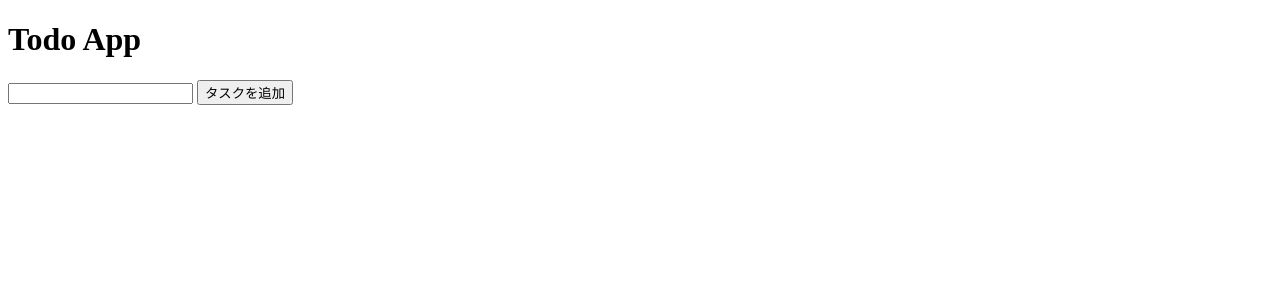
Repository: minimumcamp/github-training-new
Page: index.html
An editor plug-in stored every save of this project. The page is shown before and after the next save, followed by the edit.
The browser window is 1280 px wide. The pictures show the whole page.

Above is the page before, as saved 2024-03-20 03:07:58.

### index.html
<!DOCTYPE html>
<html lang="ja">

<head>
    <meta charset="UTF-8">
    <meta name="viewport" content="width=device-width, initial-scale=1.0">
    <title>Todo app</title>
</head>

<body>

    <h1>Todo App</h1>

    <div>
        <input type="text" id="input" />
        <button id="addTodo">タスクを追加</button>
    </div>

    <div>
        <ul id="todoList"></ul>
    </div>
    <script src="https://cdnjs.cloudflare.com/ajax/libs/jquery/3.6.1/jquery.min.js"
        integrity="sha512-aVKKRRi/Q/YV+4mjoKBsE4x3H+BkegoM/em46NNlCqNTmUYADjBbeNefNxYV7giUp0VxICtqdrbqU7iVaeZNXA=="
        crossorigin="anonymous" referrerpolicy="no-referrer"></script>
    <script src="app.js"></script>
</body>

</html>

### app.js
$('#addTodo').click(function () {
    const inputTodo = $("input").val();
    $("#todoList").append("<li><input type='checkbox'>" + inputTodo + "</li>");

    $("input").val("");
});

$(document).on("change", "input[type=checkbox]", function () {
    if ($(this).is(":checked")) {
        $(this).closest("li").css("text-decoration", "line-through");
        $(this).closest("li").css("color", "#ccc");
    } else {
        $(this).closest("li").css("text-decoration", "none");
        $(this).closest("li").css("color", "#000");
    }
});

After the next save:
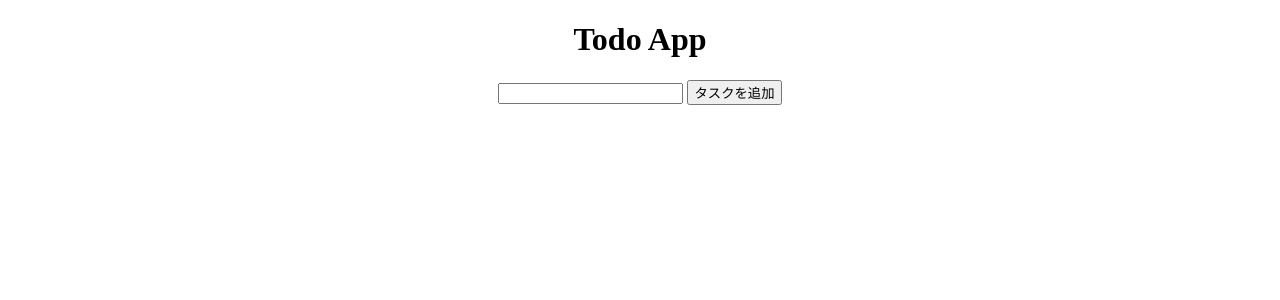
Saved 5 min 27 s later.
--- a/index.html
+++ b/index.html
@@ -25,4 +25,11 @@
     <script src="app.js"></script>
 </body>
 
+<style>
+    body{
+        text-align: center;
+    }
+
+</style>
+
 </html>

After the 2 saves that followed:
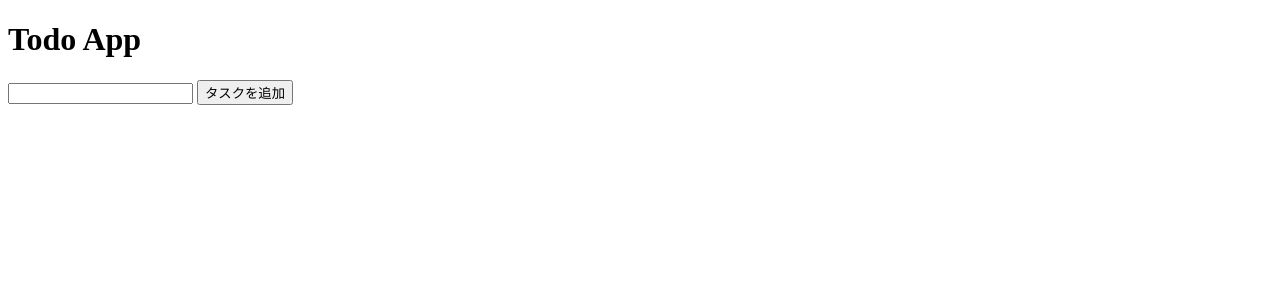
The 2 saves are shown as one change because 1 left the picture as it was.
The last was saved 36 s later.
--- a/index.html
+++ b/index.html
@@ -26,9 +26,6 @@
 </body>
 
 <style>
-    body{
-        text-align: center;
-    }
 
 </style>
 
